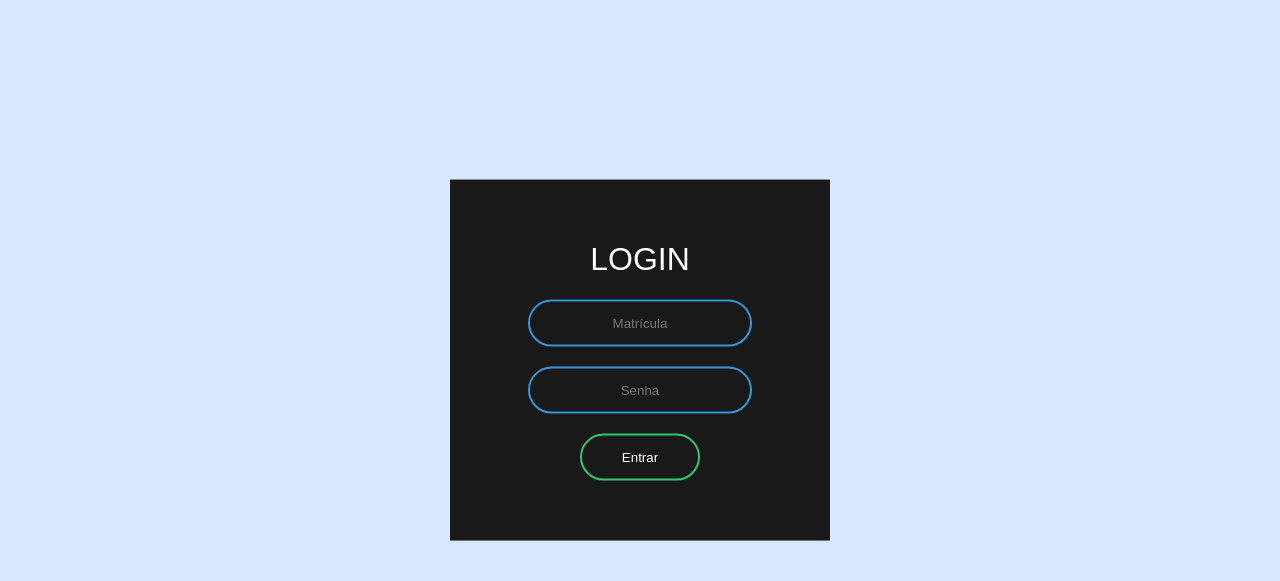
Repository: gabrielfeliphe/AssistenciaTecnica
Page: http://localhost/PI-AssistenciaTecnica/
These files come from the project's save history. The page is drawn as it stood at one moment and after the next save; the edit follows.
The browser window is 1280 px wide. The pictures show the whole page.
The page is served by Tomcat 9.

Above is the page before, as saved 2021-09-30 00:22:17.

After the next save:
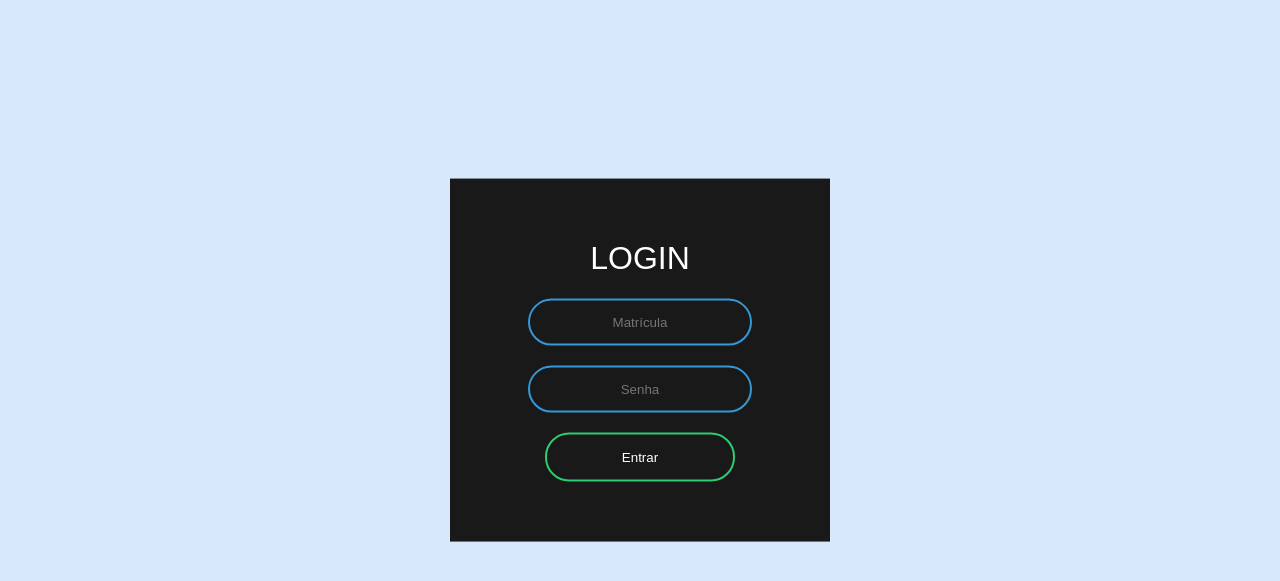
Saved 3 min 15 s later.
--- a/PI-AssistenciaTecnica/WebContent/css/index.css
+++ b/PI-AssistenciaTecnica/WebContent/css/index.css
@@ -90,7 +90,7 @@ body{
 
   border: 2px solid #2ecc71;
 
-  padding: 14px 40px;
+  padding: 15px 75px;
 
   outline: none;
 
